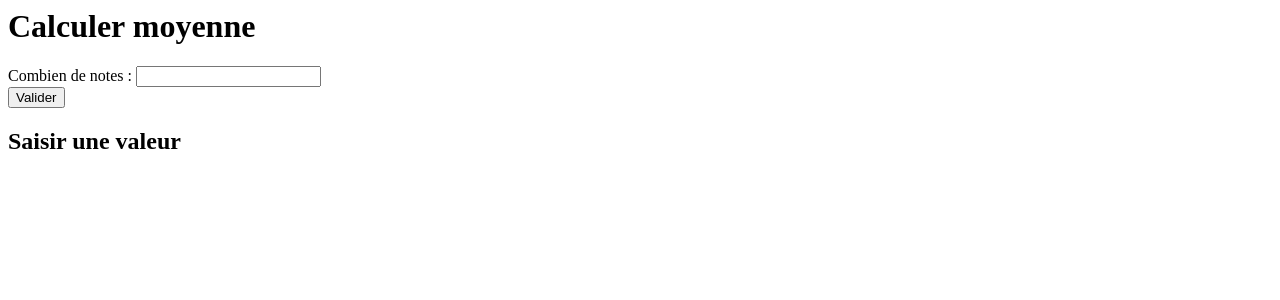
Repository: Michelhof1978/php
Page: http://localhost/calculMoyenne.php
These files come from the project's save history. The page is drawn as it stood at one moment and after a run of saves; the edit follows.
The browser window is 1280 px wide. The pictures show the whole page.
The page is run by PHP 8.4 with error messages shown; the project is at /var/www/html/.

Above is the page before, as saved 2022-07-29 14:17:07.

### calculMoyenne.php
<h1>Calculer moyenne</h1>

<form action="#" method="POST">
    <label for="nb">Combien de notes : </label>
    <input type="number" name="nb" id="nb"><br/>
    <input type="submit" value="Valider">
</form>

<?php
if(isset($_POST['nb']) && $_POST['nb'] >0){
    $nbNotes = $_POST['nb'];
    echo "<form action=\"#\" method=\"POST\">";//généreration du formulaire <form> </form>, Ne pas oublier de bien fermer la balise </form> ds le echo ci-dessous
    echo "<fieldset>";
    echo "<legend>Moyenne : </legend>";

    for($i = 1; $i <= $nbNotes ; $i++){
        echo"<label for=\"note" . $i ."\" > Note" . $i  ."  :</label>" ;//Pour générer un input, si on tape 5, 5 inputs s'afficheront//Bien mettre \ quand  guillemet à l'intérieur car risque conflits// Note . $i = pour chiffrer de 1 à nb saisi les inputs en partant de 1($i)
        echo "<input type=\"number\" name=\"note" . $i . "\" id=\"note" . $i . "\" required><br/>";//Suite code pour générer input
     }
        echo "</form>";
    }else {
        echo"<h2>Saisir une valeur</h2>";
    }

?>

After the next 6 saves:
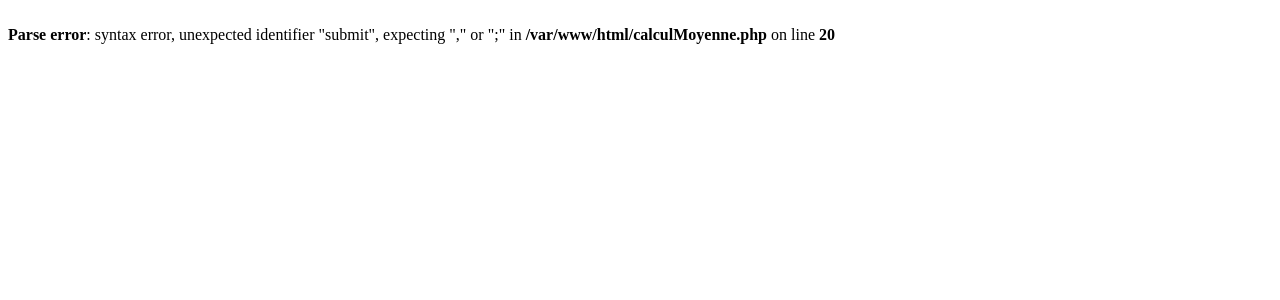
The 6 saves are shown as one change because they came seconds apart.
The last was saved 18 s later.
--- a/calculMoyenne.php
+++ b/calculMoyenne.php
@@ -17,6 +17,7 @@
         echo"<label for=\"note" . $i ."\" > Note" . $i  ."  :</label>" ;//Pour générer un input, si on tape 5, 5 inputs s'afficheront//Bien mettre \ quand  guillemet à l'intérieur car risque conflits// Note . $i = pour chiffrer de 1 à nb saisi les inputs en partant de 1($i)
         echo "<input type=\"number\" name=\"note" . $i . "\" id=\"note" . $i . "\" required><br/>";//Suite code pour générer input
      }
+        echo"<input type="submit" value="Valider">"
         echo "</form>";
     }else {
         echo"<h2>Saisir une valeur</h2>";
